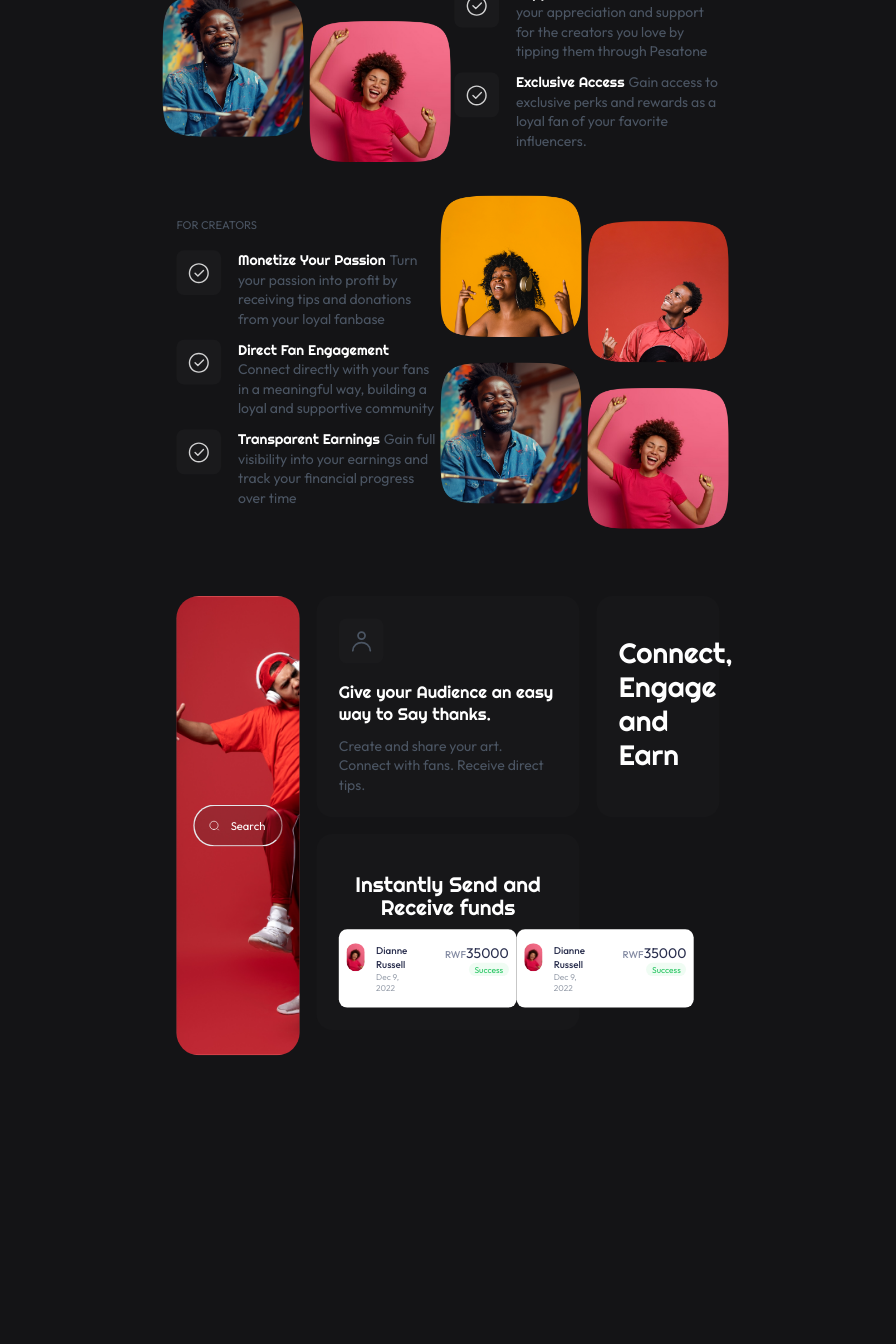
Repository: felixdusengimana/capstone-project-mirror
Page: / (app in frontend/)
An editor plug-in stored every save of this project. The page is shown before and after the next save, followed by the edit.
The browser window is 1280 px wide. The pictures show the part of the page from y = 2169 to 4089 px (the page is 4089 px tall), at 70% of full size.
The project was rebuilt for these pictures with package versions that can differ from the ones it lists, and the page was loaded fresh each time. The framework's server and built-in components were replaced by stand-ins that run in the browser. Also part of the build but not shown: frontend/next.config.mjs.

Above is the page before, as saved 2024-03-11 17:08:54.

After the next save:
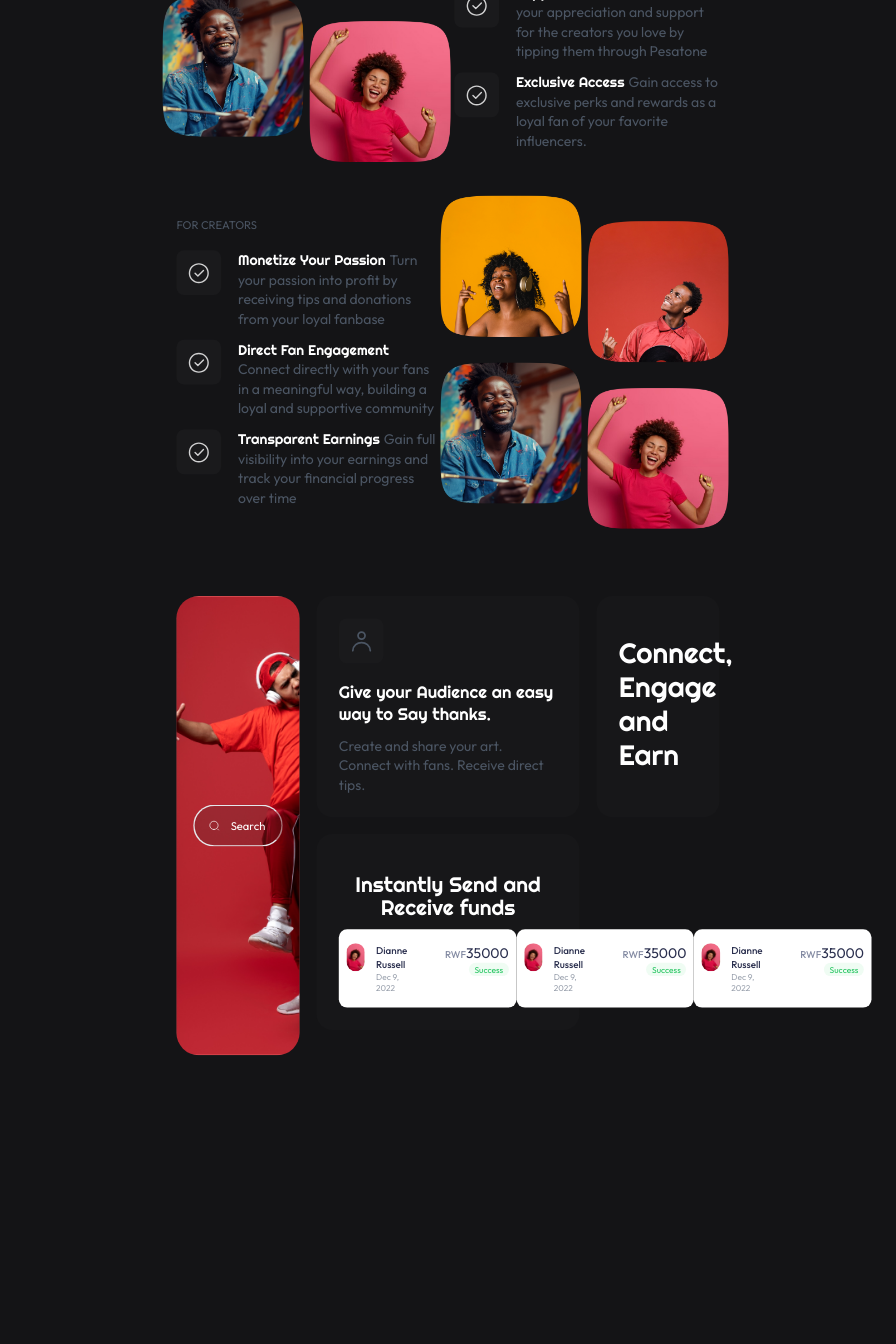
Saved 38 s later.
--- a/frontend/app/page.tsx
+++ b/frontend/app/page.tsx
@@ -206,6 +206,17 @@ export default function page() {
                   }}
                   amount={35000}
                 />
+                <Transaction
+                  className="max-w-[316px]"
+                  currency="RWF"
+                  status="completed"
+                  date={"Dec 9, 2022"}
+                  user={{
+                    name: "Dianne Russell",
+                    photo: "/profiles/profile1.png",
+                  }}
+                  amount={35000}
+                />
               </div>
             </Card>
           </div>
